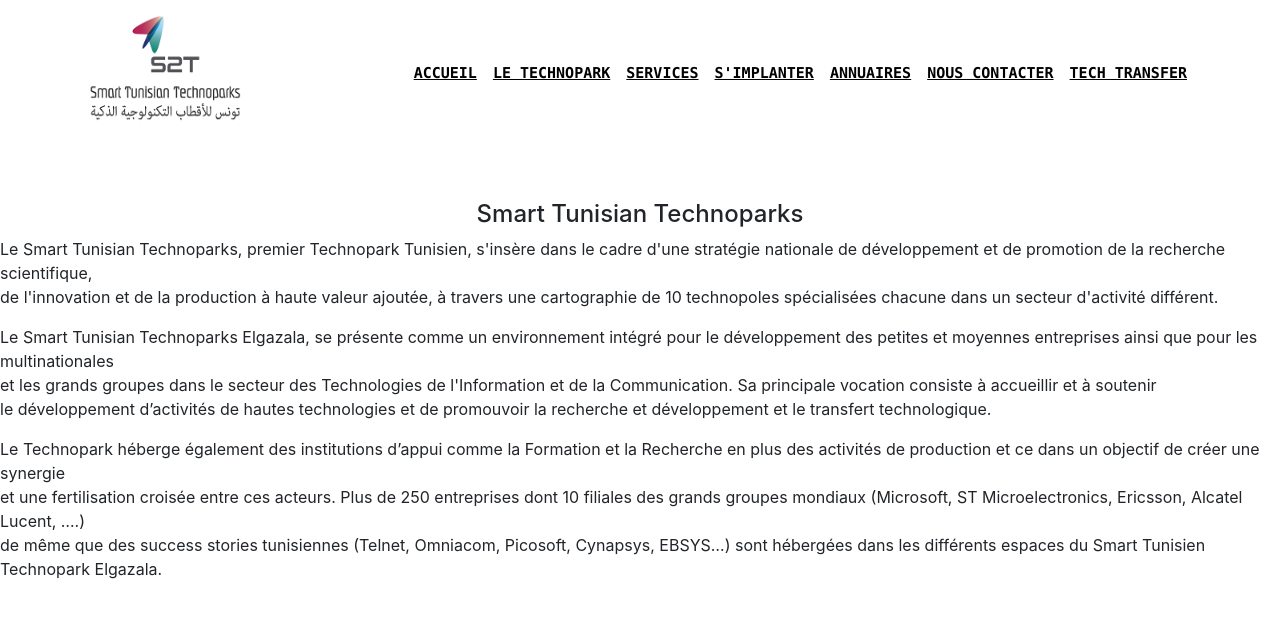
Repository: Zakraouihadil1/stage-perfectionnement-
Page: presentation.html
These files come from the project's save history. The page is drawn as it stood at one moment and after the next save; the edit follows.
The browser window is 1280 px wide. The pictures show the whole page.

Above is the page before, as saved 2021-08-17 19:40:05.

After the next save:
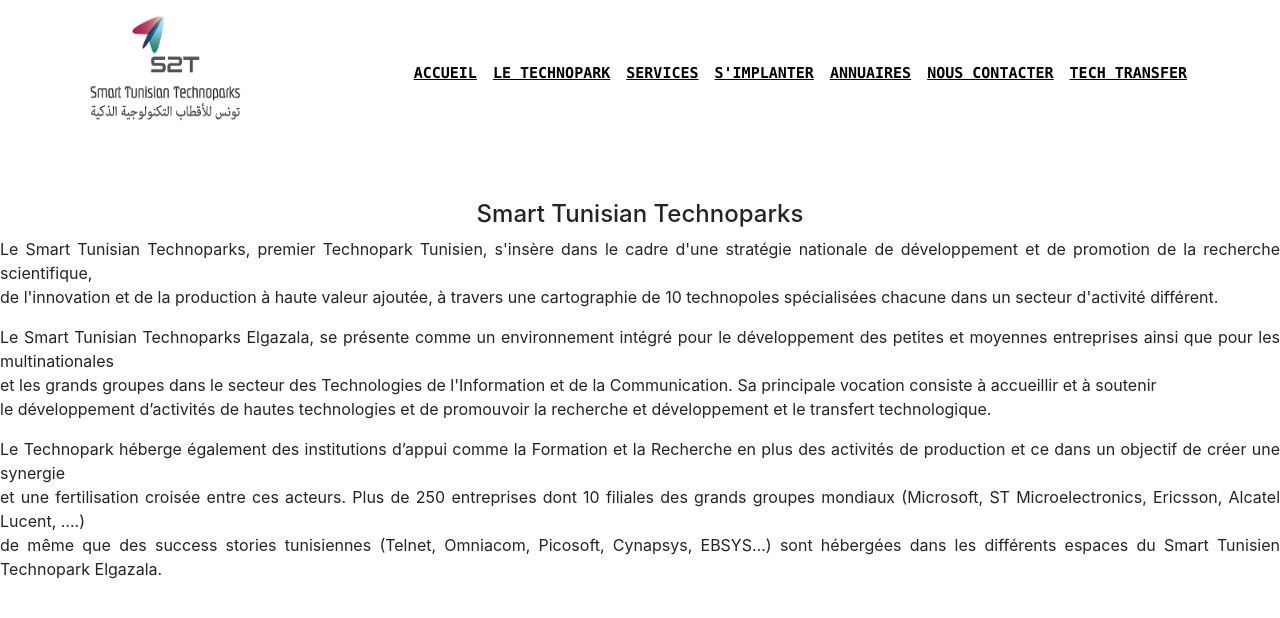
Saved 24 s later.
--- a/presentation.html
+++ b/presentation.html
@@ -99,9 +99,9 @@
     </div>
 </nav>
 
-<div style="margin-top: 200px; text-align: center justify;">
+<div style="margin-top: 200px; text-align:  justify;">
     <h4 style="text-align: center;">Smart Tunisian Technoparks</h4>
-    <div>
+    <div style="text-align: justify;">
     <p>Le Smart Tunisian Technoparks, premier Technopark Tunisien, s'insère dans le cadre d'une stratégie nationale de développement et de promotion de la recherche scientifique, <br>
      de l'innovation et de la production à haute valeur ajoutée, à travers une cartographie de 10 technopoles spécialisées chacune dans un secteur d'activité différent.</p>
 
